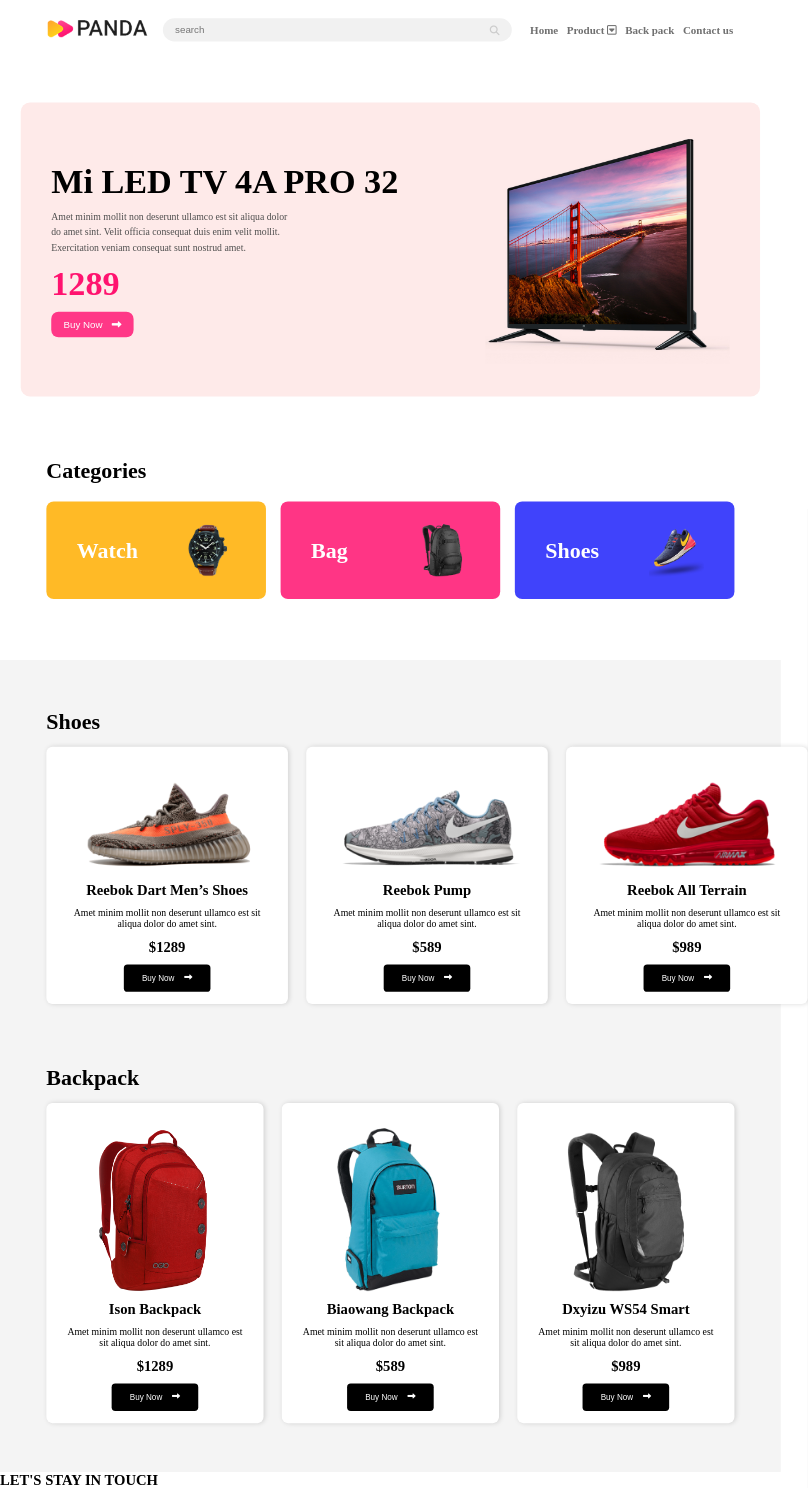
Repository: nahid-hasann/website-4
Page: index.html
An editor plug-in stored every save of this project. The page is shown before and after the next save, followed by the edit.
The browser window is 1280 px wide. The page is 1324 px wide, so the pictures cover 1324 px, including what lies to the right of the window. The pictures show the whole page, at 61% of full size.

Above is the page before, as saved 2025-07-14 14:22:44.

After the next save:
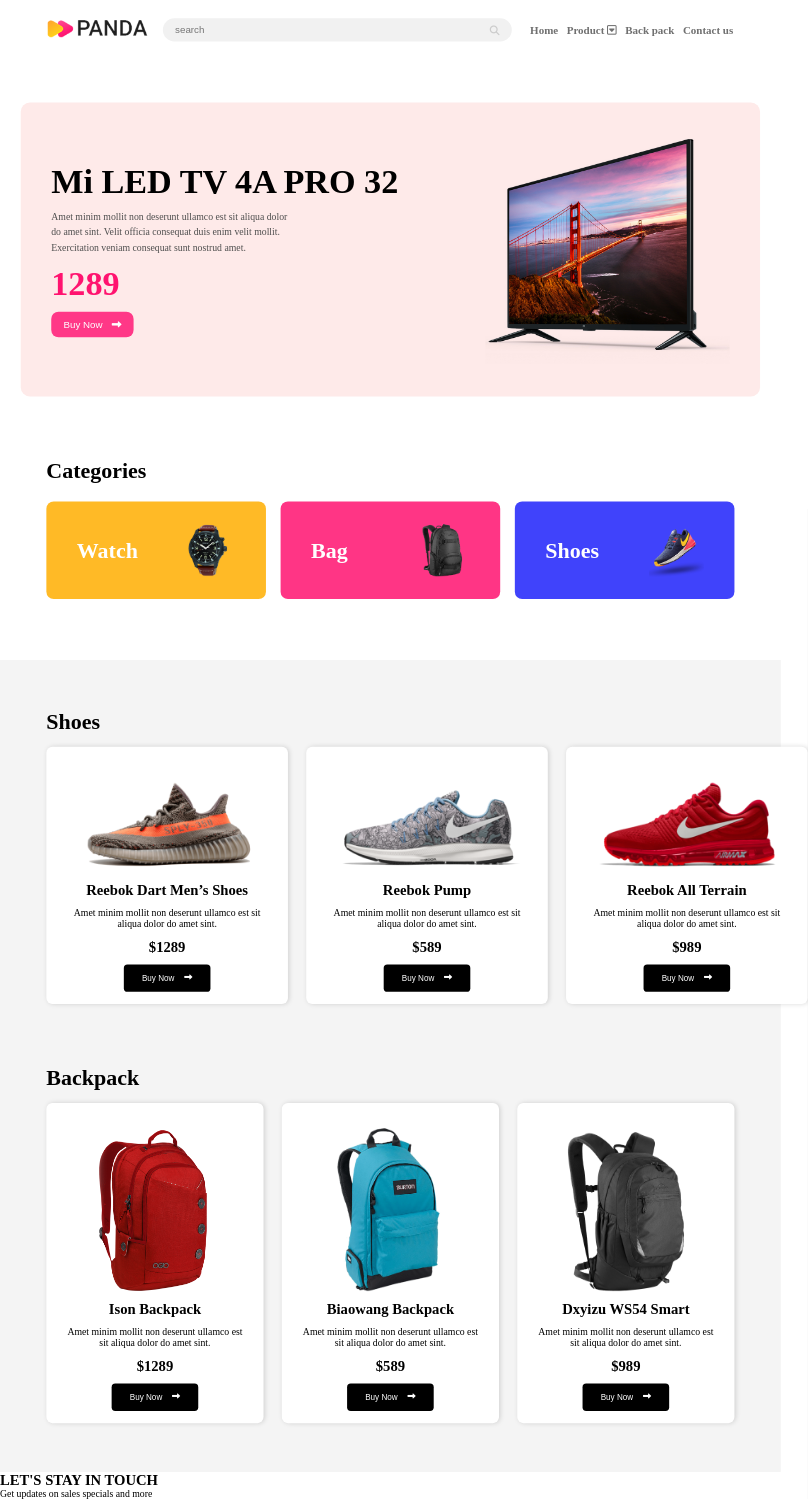
Saved 9 s later.
--- a/index.html
+++ b/index.html
@@ -162,6 +162,7 @@
 <footer class="footer-section">
 
     <h2>LET'S STAY IN TOUCH</h2>
+    <p>Get updates on sales specials and more</p>
 
 </footer>
 
